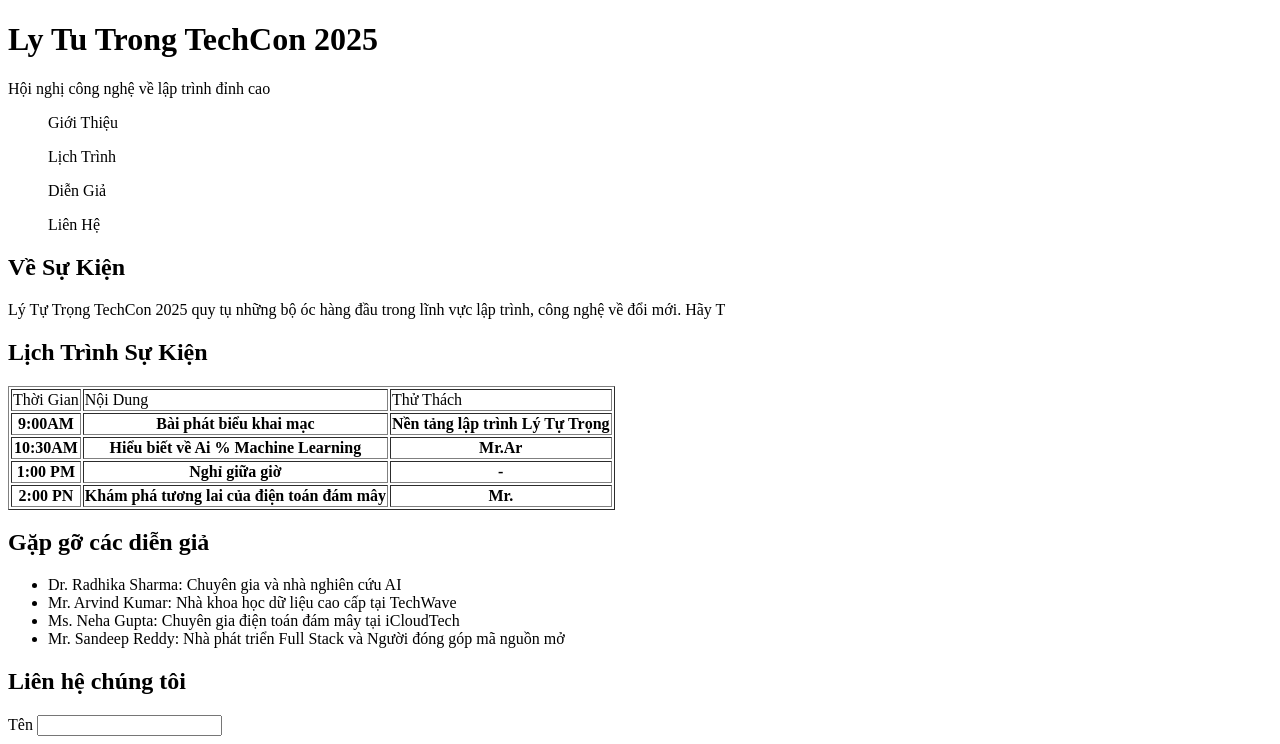
Repository: NhatMinh121/BaiTapVeNha1
Page: index.html
These files come from the project's save history. The page is drawn as it stood at one moment and after the next save; the edit follows.
The browser window is 1280 px wide. The pictures show the whole page.

Above is the page before, as saved 2025-03-28 22:29:09.

### index.html
<!DOCTYPE html>
<html lang="en">

<head>
    <meta charset="UTF-8">
    <meta name="viewport" content="width=device-width, initial-scale=1.0">
    <title>Document</title>
    <link rel="stylesheet" href="style.css">
</head>

<body>
    <header>
        <h1>Ly Tu Trong TechCon 2025</h1>
        <p>Hội nghị công nghệ về lập trình đỉnh cao</p>
        <div class="menu">
            <div>
                <ul>Giới Thiệu</ul>
                <ul>Lịch Trình</ul>
                <ul>Diễn Giả</ul>
                <ul>Liên Hệ</ul>
            </div>
        </div>
    </header>
    <main>
        <div class="main-event">
            <h2>Về Sự Kiện</h2>
            <p>Lý Tự Trọng TechCon 2025 quy tụ những bộ óc hàng đầu trong lĩnh vực lập trình, công nghệ về đổi mới. Hãy T</p>
        </div>
        <div class="main-schedule">
            <h2>Lịch Trình Sự Kiện</h2>
            <table border="1">
                <tr>
                    <td>Thời Gian</td>
                    <td>Nội Dung</td>
                    <td>Thử Thách</td>
                </tr>
                <tr>
                    <th>9:00AM</th>
                    <th>Bài phát biểu khai mạc</th>
                    <th>Nền tảng lập trình Lý Tự Trọng</th>
                </tr>
                <tr>
                    <th>10:30AM</th>
                    <th>Hiểu biết về Ai % Machine Learning</th>
                    <th>Mr.Ar</th>
                </tr>
                <tr>
                    <th>1:00 PM</th>
                    <th>Nghỉ giữa giờ</th>
                    <th>-</th>
                </tr>
                <tr>
                    <th>2:00 PN</th>
                    <th>Khám phá tương lai của điện toán đám mây</th>
                    <th>Mr.</th>
                </tr>
            </table>
        </div>
        <div class="Meeting">
            <h2>Gặp gỡ các diễn giả</h2>
            <ul>
                <li><span class="name">Dr. Radhika Sharma:</span> Chuyên gia và nhà nghiên cứu AI</li>
                <li><span class="name">Mr. Arvind Kumar:</span> Nhà khoa học dữ liệu cao cấp tại TechWave</li>
                <li><span class="name">Ms. Neha Gupta:</span> Chuyên gia điện toán đám mây tại iCloudTech</li>
                <li><span class="name">Mr. Sandeep Reddy:</span> Nhà phát triển Full Stack và Người đóng góp mã nguồn mở</li>
            </ul>
        </div>
    </main>

    <footer>
        <div class="footer-contract">
            <h2>Liên hệ chúng tôi</h2>
            <form action="#" method="post">
                <label for="name">Tên</label>
                <input type="text" id="name" name="name" required>
            </form>
        </div>

    </footer>

</body>

Loaded but not shown: style.css (no stored copy; drawn as an empty file)

After the next save:
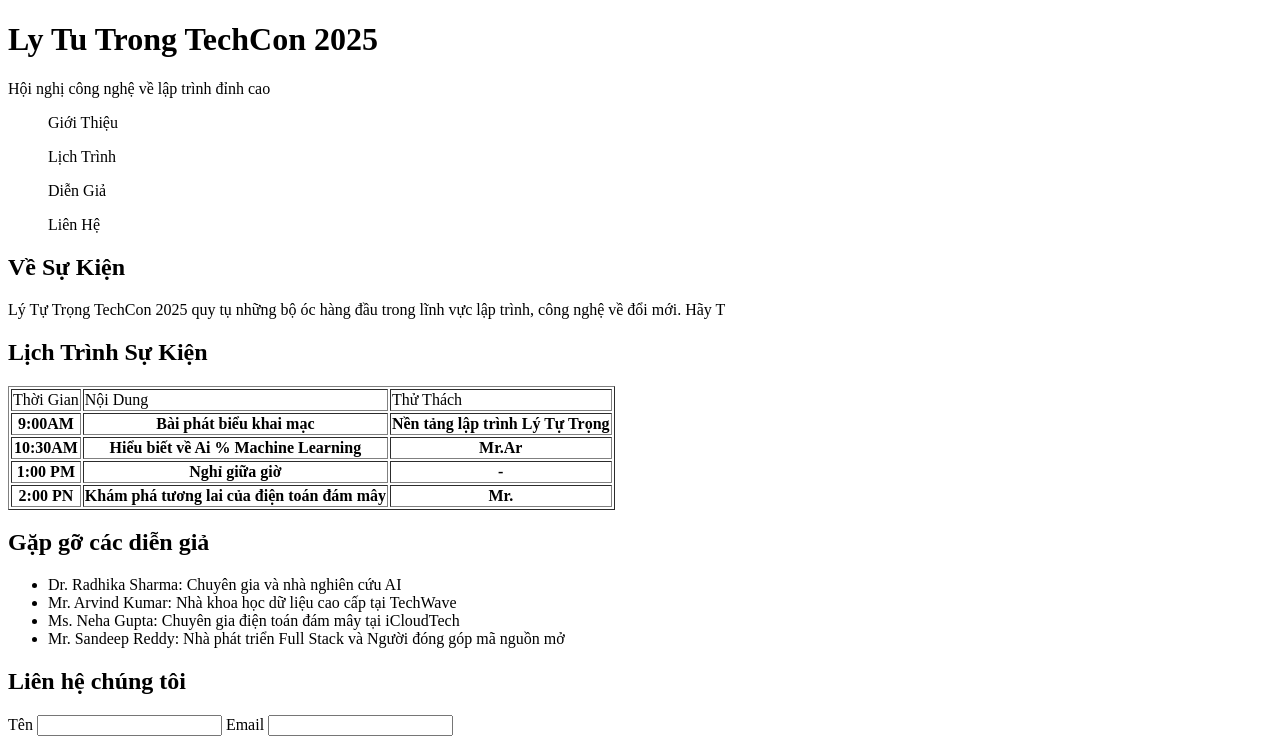
Saved 14 s later.
--- a/index.html
+++ b/index.html
@@ -73,6 +73,8 @@
             <form action="#" method="post">
                 <label for="name">Tên</label>
                 <input type="text" id="name" name="name" required>
+                <label for="email">Email</label>
+                <input type="email" id="email" name="email" required>
             </form>
         </div>
 
